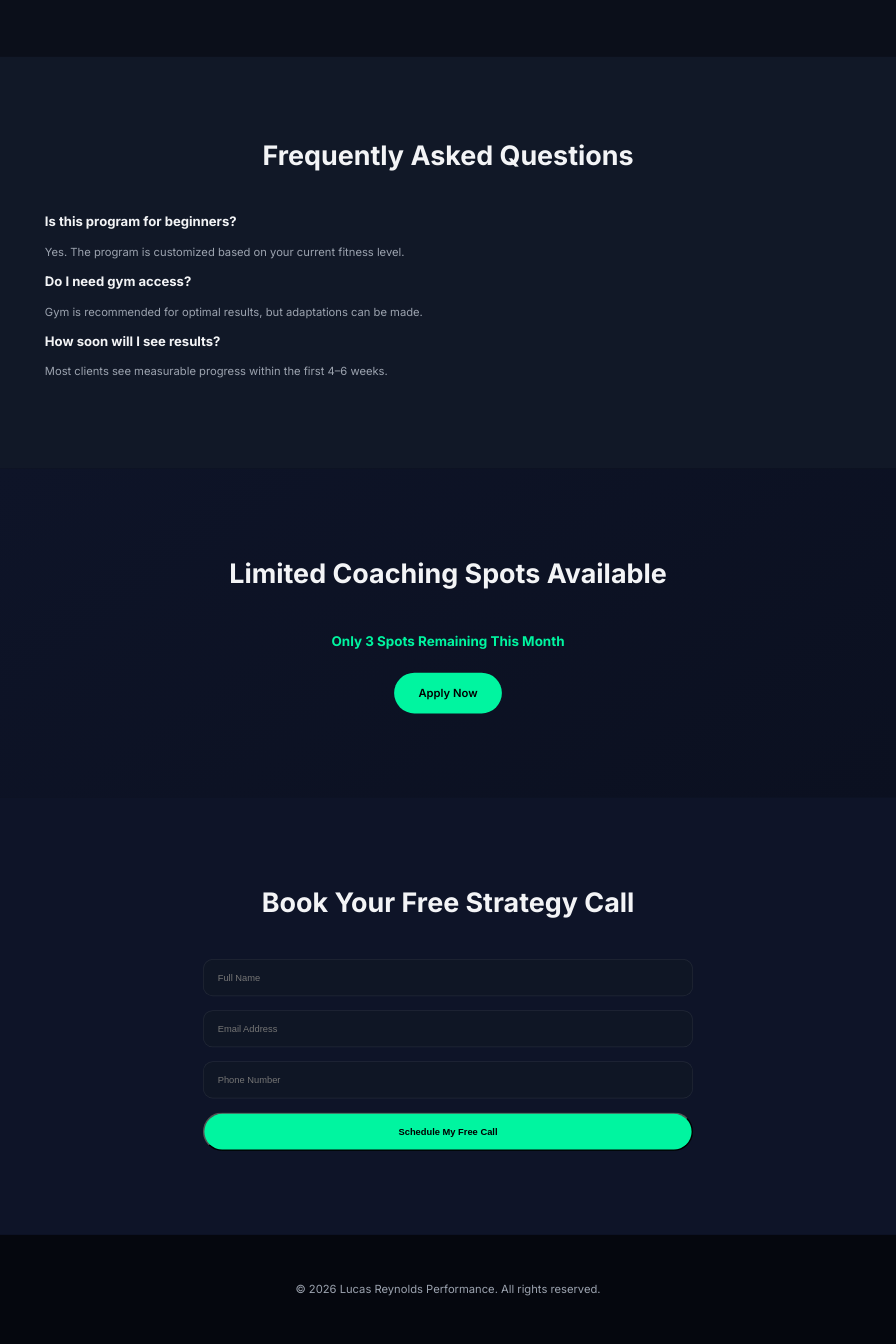
Repository: davidfsillva/Landing-page-pro
Page: index.html
These files come from the project's save history. The page is drawn as it stood at one moment and after the next save; the edit follows.
The browser window is 1280 px wide. The pictures show the part of the page from y = 4513 to 6433 px (the page is 6433 px tall before and 6254 px after), at 70% of full size.
A picture or video elsewhere on the page could not be fetched, so the positions and the page height are approximate.

Above is the page before, as saved 2026-02-26 17:26:31.

### index.html
<!DOCTYPE html>
<html lang="en">
<head>
    <!-- ================= BASIC META ================= -->
    <meta charset="UTF-8">
    <meta name="viewport" content="width=device-width, initial-scale=1.0, maximum-scale=5.0">
    <meta name="robots" content="index, follow">
    <link rel="canonical" href="https://www.lucasreynolds.com">

    <!-- ================= SEO ================= -->
    <title>Lucas Reynolds | Elite Personal Trainer</title>
    <meta name="description" content="Elite personal training focused on fat loss, muscle building and peak performance. Customized programs, strategic nutrition and real accountability. Book your free fitness consultation today.">

    <!-- ================= OPEN GRAPH ================= -->
    <meta property="og:title" content="Lucas Reynolds | Transform Your Body in 90 Days">
    <meta property="og:description" content="Personalized training programs with proven results. Limited spots available.">
    <meta property="og:type" content="website">
    <meta property="og:image" content="https://placehold.co/1200x630/0B1020/00FF99?text=LUCAS+REYNOLDS">
    <meta property="og:url" content="https://www.lucasreynolds.com">
    <meta name="twitter:card" content="summary_large_image">

    <!-- FONTS -->
    <link rel="preconnect" href="https://fonts.googleapis.com">
    <link href="https://fonts.googleapis.com/css2?family=Inter:wght@300;400;600;700;800&display=swap" rel="stylesheet">

    <link rel="stylesheet" href="style.css">
</head>

<body>

<header class="header">
  <div class="container header-flex">
      <div class="logo">LUCAS REYNOLDS</div>

      <button class="menu-toggle" id="menuToggle">☰</button>

      <nav class="nav" id="nav">
        <a href="#home">Home</a>
        <a href="#about">About</a>
        <a href="#method">Method</a>
        <a href="#results">Results</a>
        <a href="#contact" class="nav-cta">Book Call</a>
      </nav>
  </div>
</header>

<main>

<!-- HERO -->
<section id="home" class="hero">
    <div class="hero-overlay"></div>
    <div class="container hero-grid">

        <div class="hero-content">
            <div class="hero-badge">
                Trusted by 320+ Clients Worldwide
            </div>

            <h1>
                BUILD YOUR ELITE BODY
                <span>IN 90 DAYS.</span>
            </h1>

            <p>
                High-performance coaching for ambitious men who want visible results,
                structured training and real accountability.
            </p>

            <div class="hero-buttons">
                <a href="#contact" class="btn btn-primary">
                    Book Free Strategy Call
                </a>
            </div>

            <div class="hero-proof">
                <div>
                    <strong>320+</strong>
                    <small>Transformations</small>
                </div>

                <div>
                    <strong>8+ Years</strong>
                    <small>Experience</small>
                </div>
            </div>
        </div>

    </div>
</section>

<!-- AUTHORITY -->
<section class="section authority">
    <div class="container">
        <h2>Proven Performance Coaching</h2>

        <div class="grid-3">
            <div class="card">
                <h3>Certified Performance Specialist</h3>
                <p>Advanced certifications in strength training, nutrition strategy and metabolic optimization.</p>
            </div>

            <div class="card">
                <h3>8+ Years of Experience</h3>
                <p>Coaching executives, entrepreneurs and high-performing professionals worldwide.</p>
            </div>

            <div class="card">
                <h3>Data-Driven Approach</h3>
                <p>Every decision is backed by measurable performance metrics and structured progression.</p>
            </div>
        </div>
    </div>
</section>

<!-- ABOUT (Problem) -->
<section id="about" class="section">
    <div class="container">
        <h2>Why Most People Fail</h2>

        <div class="grid-3">

            <div class="card">
                <h3>Generic Workouts</h3>
                <p>Most programs are copied from the internet and built for everyone — which means they’re built for no one.</p>
            </div>

            <div class="card">
                <h3>Poor Nutrition</h3>
                <p>Extreme dieting, random calorie cutting and unsustainable routines destroy consistency.</p>
            </div>

            <div class="card">
                <h3>No Accountability</h3>
                <p>Without structured guidance and weekly adjustments, discipline fades fast.</p>
            </div>

        </div>
    </div>
</section>

<!-- SOLUTION BRIDGE -->
<section class="section section-dark solution">
    <div class="container">
        <h2>The Solution: Structure + Strategy + Accountability</h2>
        <p class="section-sub">
            Real transformation happens when training, nutrition and mindset work together.
        </p>
    </div>
</section>

<!-- METHOD -->
<section id="method" class="section section-dark">
    <div class="container">
        <h2>The Reynolds Method</h2>

        <div class="method-list">
            <div class="method-item" data-step="01">
                <strong>Full Performance Assessment</strong>
                <p>Deep evaluation before building your transformation plan.</p>
            </div>

            <div class="method-item" data-step="02">
                <strong>Precision Custom Program</strong>
                <p>Engineered around your specific goals with measurable benchmarks.</p>
            </div>

            <div class="method-item" data-step="03">
                <strong>Strategic Nutrition System</strong>
                <p>Structured framework aligned with metabolism and lifestyle.</p>
            </div>

            <div class="method-item" data-step="04">
                <strong>Elite Accountability Protocol</strong>
                <p>Weekly tracking and strategic adjustments.</p>
            </div>
        </div>
    </div>
</section>

<!-- BENEFITS -->
<section class="section benefits">
    <div class="container">
        <h2>What You’ll Achieve</h2>

        <div class="grid-3">
            <div class="card">
                <h3>Visible Fat Loss</h3>
                <p>Reduce body fat while preserving lean muscle mass.</p>
            </div>

            <div class="card">
                <h3>Lean Muscle Gain</h3>
                <p>Build a strong, aesthetic and high-performance physique.</p>
            </div>

            <div class="card">
                <h3>Peak Confidence</h3>
                <p>Develop discipline and mindset that extend beyond the gym.</p>
            </div>
        </div>
    </div>
</section>

<!-- RESULTS -->
<section id="results" class="section">
    <div class="container">
        <h2>Transformation Case Study Concepts</h2>

        <div class="grid-3">

            <div class="testimonial">
                <img src="img/athlete-1.webp" alt="Fitness transformation concept">
                <p>"In 16 weeks, measurable strength gains and fat reduction."</p>
                <span>Sample Case Study Concept</span>
            </div>

            <div class="testimonial">
                <img src="img/athlete-2.webp" alt="Fitness coaching concept">
                <p>"Structured check-ins created sustainable progress."</p>
                <span>Sample Case Study Concept</span>
            </div>

            <div class="testimonial">
                <img src="img/3.webp" alt="Elite fitness result concept">
                <p>"Personalized programming transformed performance."</p>
                <span>Sample Case Study Concept</span>
            </div>

        </div>
    </div>
</section>

<!-- FAQ -->
<section class="section section-dark faq">
    <div class="container">
        <h2>Frequently Asked Questions</h2>

        <div class="faq-item">
            <h3>Is this program for beginners?</h3>
            <p>Yes. The program is customized based on your current fitness level.</p>
        </div>

        <div class="faq-item">
            <h3>Do I need gym access?</h3>
            <p>Gym is recommended for optimal results, but adaptations can be made.</p>
        </div>

        <div class="faq-item">
            <h3>How soon will I see results?</h3>
            <p>Most clients see measurable progress within the first 4–6 weeks.</p>
        </div>
    </div>
</section>

<!-- LIMITED SPOTS -->
<section class="section section-dark urgency">
    <div class="container">
        <h2>Limited Coaching Spots Available</h2>

        <div class="urgency-highlight">
            <strong>Only 3 Spots Remaining This Month</strong>
        </div>

        <a href="#contact" class="btn btn-primary">Apply Now</a>
    </div>
</section>

<!-- CONTACT -->
<section id="contact" class="section cta">
    <div class="container contact-container">

        <h2>Book Your Free Strategy Call</h2>

        <form class="form contact-form">

            <div class="input-group">
                <input type="text" placeholder="Full Name" required>
            </div>

            <div class="input-group">
                <input type="email" placeholder="Email Address" required>
            </div>

            <div class="input-group">
                <input type="tel" placeholder="Phone Number" required>
            </div>

            <button type="submit" class="btn btn-primary btn-full">
                Schedule My Free Call
            </button>

        </form>
    </div>
</section>

</main>

<footer class="footer">
    <div class="container">
        <p>© 2026 Lucas Reynolds Performance. All rights reserved.</p>
    </div>
</footer>

<script src="script.js"></script>
</body>
</html>

### style.css
/* ===============================
   RESET
=================================*/
*,
*::before,
*::after {
    margin: 0;
    padding: 0;
    box-sizing: border-box;
}

/* ===============================
   VARIABLES
=================================*/
:root {
    --bg: #0B0F1A;
    --bg-dark: #111827;
    --card: #161F2E;

    --text: #F3F4F6;
    --muted: #9CA3AF;

    --accent: #00F5A0;

    --radius: 18px;
    --transition: 0.35s ease;
}

/* ===============================
   BASE
=================================*/
body {
    font-family: 'Inter', sans-serif;
    background: var(--bg);
    color: var(--muted);
    line-height: 1.6;
    overflow-x: hidden;
}

.container {
    width: 90%;
    max-width: 1200px;
    margin: auto;
}

.section {
    padding: 110px 0;
}

.section-dark {
    background: var(--bg-dark);
}

h1, h2, h3 {
    color: var(--text);
}

h1 {
    font-size: clamp(2rem, 4vw, 3rem);
    line-height: 1.2;
}

h1 span {
    color: var(--accent);
}

h2 {
    font-size: clamp(1.8rem, 3vw, 2.4rem);
    margin-bottom: 50px;
    text-align: center;
}

p {
    margin: 15px 0;
}

a {
    text-decoration: none;
}

/* ===============================
   BUTTONS
=================================*/
.btn {
    display: inline-block;
    padding: 16px 35px;
    border-radius: 50px;
    font-weight: 600;
    transition: var(--transition);
    cursor: pointer;
}

.btn-primary {
    background: var(--accent);
    color: #000;
}

.btn-primary:hover {
    transform: translateY(-4px);
    box-shadow: 0 15px 35px -10px rgba(0,245,160,0.6);
}

/* ===============================
   HEADER
=================================*/
.header {
    position: fixed;
    width: 100%;
    background: rgba(11,15,26,0.85);
    backdrop-filter: blur(10px);
    padding: 20px 0;
    z-index: 1000;
}

.header-flex {
    display: flex;
    justify-content: space-between;
    align-items: center;
}

.logo {
    font-weight: 800;
    color: var(--accent);
    letter-spacing: 1px;
}

.nav {
    display: flex;
    gap: 30px;
}

.nav a {
    color: var(--muted);
    font-weight: 500;
    transition: var(--transition);
}

.nav a:hover {
    color: var(--accent);
}

.nav-cta {
    color: var(--accent);
}

.menu-toggle {
    display: none;
    background: none;
    border: none;
    color: var(--accent);
    font-size: 1.6rem;
}

/* ===============================
   HERO
=================================*/
.hero {
    height: 100vh;
    display: flex;
    align-items: center;
    background: url('img/pexels-ardit-mbrati-216809103-18187618.jpg') center right/cover no-repeat;
    position: relative;
    padding-top: 100px;
}

.hero-overlay {
    position: absolute;
    inset: 0;
    background: linear-gradient(270deg, rgba(11,15,26,0.2), rgba(11,15,26,1));
}

.hero-grid {
    position: relative;
}

.hero-content {
    max-width: 600px;
}

.hero-badge {
    background: rgba(0,245,160,0.1);
    color: var(--accent);
    padding: 8px 18px;
    border-radius: 50px;
    display: inline-block;
    margin-bottom: 25px;
    font-size: 0.85rem;
}

.hero-proof {
    display: flex;
    gap: 50px;
    margin-top: 40px;
}

.hero-proof strong {
    color: var(--accent);
    font-size: 1.6rem;
    display: block;
}

/* ===============================
   GRID SYSTEM
=================================*/
.grid-3 {
    display: grid;
    grid-template-columns: repeat(3, 1fr);
    gap: 35px;
}

/* ===============================
   CARD
=================================*/
.card,
.testimonial {
    background: linear-gradient(145deg, #121A2B, #0E1524);
    padding: 40px 30px;
    border-radius: var(--radius);
    border: 1px solid rgba(255,255,255,0.04);
    transition: var(--transition);
}

.card:hover,
.testimonial:hover {
    transform: translateY(-10px);
    border-color: var(--accent);
    box-shadow: 0 25px 60px -20px rgba(0,245,160,0.4);
}

.card h3 {
    color: var(--accent);
    margin-bottom: 15px;
}

/* ===============================
   METHOD
=================================*/
.method-list {
    display: grid;
    gap: 30px;
    margin-top: 60px;
}

.method-item {
    position: relative;
    background: linear-gradient(145deg, #141C2F, #0F1625);
    padding: 35px 40px 35px 90px;
    border-radius: var(--radius);
    border: 1px solid rgba(255,255,255,0.05);
    transition: var(--transition);
}

.method-item::before {
    content: "";
    position: absolute;
    left: 0;
    top: 0;
    width: 6px;
    height: 100%;
    background: var(--accent);
}

.method-item::after {
    content: attr(data-step);
    position: absolute;
    right: 30px;
    top: 20px;
    font-size: 4rem;
    font-weight: 800;
    color: rgba(255,255,255,0.05);
}

.method-item:hover {
    transform: translateY(-8px);
    border-color: var(--accent);
}

.method-item strong {
    display: block;
    color: var(--text);
    margin-bottom: 10px;
}

/* ===============================
   TESTIMONIAL
=================================*/
#results {
    text-align: center;
}

.testimonial {
    text-align: center;
}

.testimonial img {
    width: 100%;
    border-radius: 14px;
    margin-bottom: 20px;
}

.testimonial span {
    display: block;
    margin-top: 15px;
    font-weight: 600;
    color: var(--accent);
}

/* ===============================
   URGENCY
=================================*/
.urgency {
    text-align: center;
    background: linear-gradient(145deg, #0E1428, #0B1020);
    padding: 120px 0;
}

.urgency-highlight {
    margin: 30px 0;
    font-size: 1.2rem;
    color: var(--accent);
}

/* ===============================
   CONTACT
=================================*/
.cta {
    background: #0E1428;
    text-align: center;
    padding: 120px 0;
}

.contact-container {
    max-width: 700px;
    margin: auto;
}

.contact-form {
    display: flex;
    flex-direction: column;
    gap: 20px;
}

.contact-form input {
    width: 100%;
    padding: 18px 20px;
    border-radius: 14px;
    border: 1px solid rgba(255,255,255,0.08);
    background: #0F1625;
    color: var(--text);
    transition: var(--transition);
}

.contact-form input:focus {
    border-color: var(--accent);
    box-shadow: 0 0 0 4px rgba(0,245,160,0.15);
    outline: none;
}

.btn-full {
    width: 100%;
    padding: 18px;
    font-weight: 700;
}

/* ===============================
   FOOTER
=================================*/
.footer {
    padding: 50px 0;
    text-align: center;
    background: #05070E;
}

/* ===============================
   SCROLL REVEAL PREP
=================================*/
.reveal {
    opacity: 0;
    transform: translateY(40px);
    transition: 0.8s ease;
}

.reveal.active {
    opacity: 1;
    transform: translateY(0);
}

/* ===============================
   RESPONSIVE
=================================*/
@media (max-width: 992px) {
    .grid-3 {
        grid-template-columns: repeat(2, 1fr);
    }
}

@media (max-width: 768px) {

    .nav {
        display: none;
        flex-direction: column;
        background: var(--bg-dark);
        position: absolute;
        top: 80px;
        right: 20px;
        padding: 20px;
        border-radius: 12px;
    }

    .nav.active {
        display: flex;
    }

    .menu-toggle {
        display: block;
    }

    .grid-3 {
        grid-template-columns: 1fr;
    }

    .hero-proof {
        flex-direction: column;
        gap: 20px;
    }

    .hero {
        background-position: center;
    }
}

Loaded but not shown: script.js (123 lines, source omitted)

After the next save:
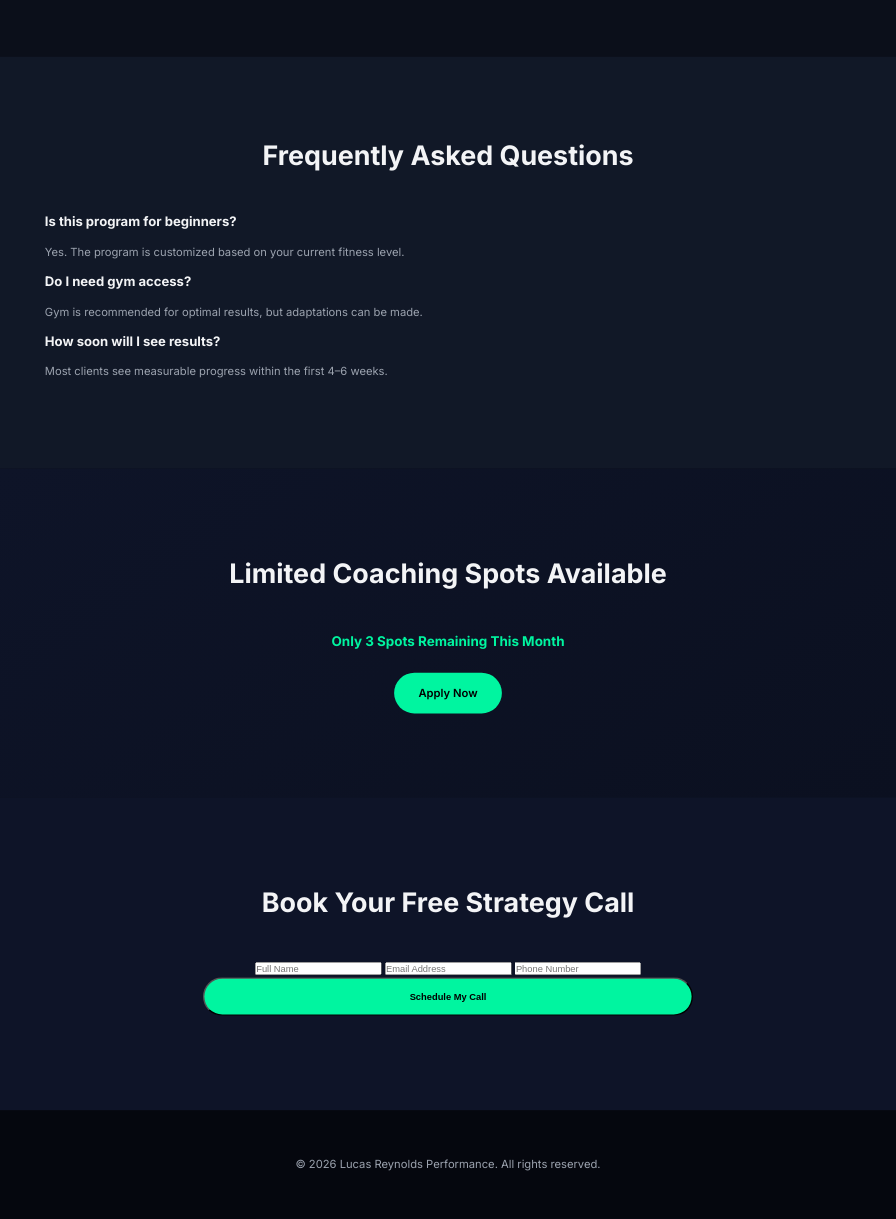
Saved 24 s later.
--- a/index.html
+++ b/index.html
@@ -271,25 +271,17 @@
 
         <h2>Book Your Free Strategy Call</h2>
 
-        <form class="form contact-form">
-
-            <div class="input-group">
-                <input type="text" placeholder="Full Name" required>
-            </div>
-
-            <div class="input-group">
-                <input type="email" placeholder="Email Address" required>
-            </div>
-
-            <div class="input-group">
-                <input type="tel" placeholder="Phone Number" required>
-            </div>
-
-            <button type="submit" class="btn btn-primary btn-full">
-                Schedule My Free Call
-            </button>
-
-        </form>
+<form id="leadForm" class="form">
+    <input id="nome" type="text" placeholder="Full Name" required>
+    <input id="email" type="email" placeholder="Email Address" required>
+    <input id="telefone" type="tel" placeholder="Phone Number" required>
+
+    <button type="submit" class="btn btn-primary btn-full">
+        Schedule My Call
+    </button>
+
+    <p id="formFeedback" class="form-feedback"></p>
+</form>
     </div>
 </section>
 

After the 3 saves that followed:
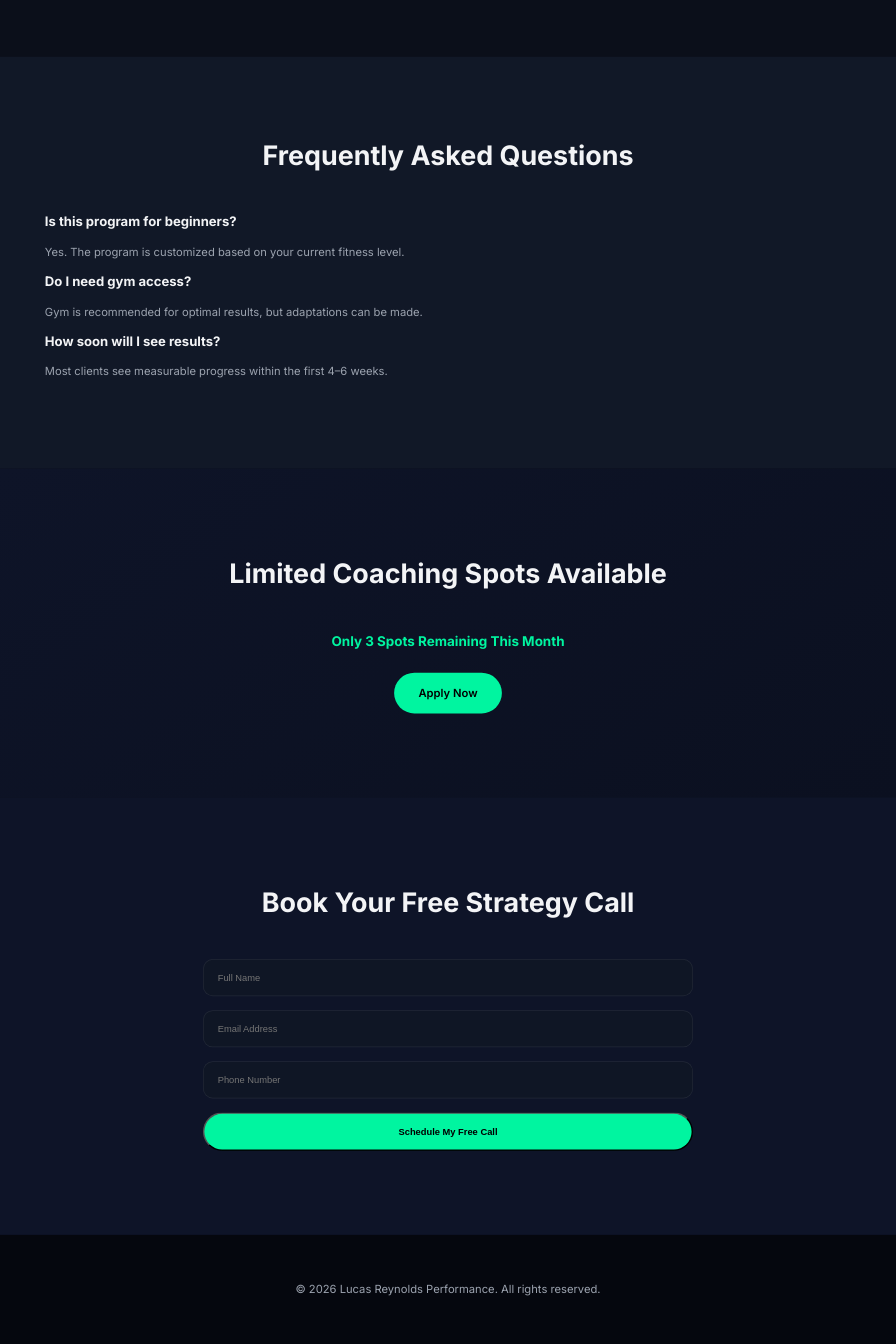
The 3 saves are shown as one change because 1 left the picture as it was and some came seconds apart.
The last was saved 44 s later.
--- a/index.html
+++ b/index.html
@@ -271,17 +271,25 @@
 
         <h2>Book Your Free Strategy Call</h2>
 
-<form id="leadForm" class="form">
-    <input id="nome" type="text" placeholder="Full Name" required>
-    <input id="email" type="email" placeholder="Email Address" required>
-    <input id="telefone" type="tel" placeholder="Phone Number" required>
-
-    <button type="submit" class="btn btn-primary btn-full">
-        Schedule My Call
-    </button>
-
-    <p id="formFeedback" class="form-feedback"></p>
-</form>
+        <form class="form contact-form">
+
+            <div class="input-group">
+                <input type="text" placeholder="Full Name" required>
+            </div>
+
+            <div class="input-group">
+                <input type="email" placeholder="Email Address" required>
+            </div>
+
+            <div class="input-group">
+                <input type="tel" placeholder="Phone Number" required>
+            </div>
+
+            <button type="submit" class="btn btn-primary btn-full">
+                Schedule My Free Call
+            </button>
+
+        </form>
     </div>
 </section>
 
